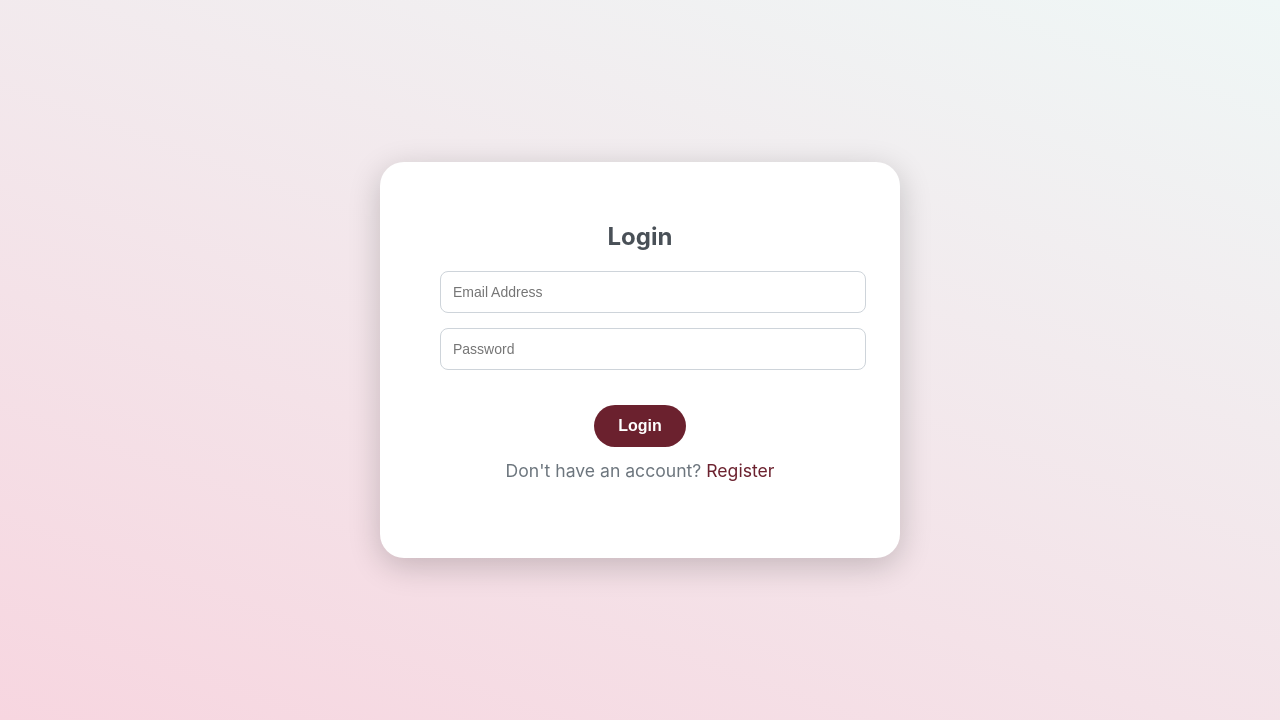
Repository: aab232/https---github.com-aab232-Deferred-Payment-Platform
Page: /main (app in frontend/)
These files come from the project's save history. The page is drawn as it stood at one moment and after the next save; the edit follows.
The browser window is 1280 px wide. The pictures show the whole page.
The page's requests for data from a server got no answer. The project was rebuilt for these pictures with package versions that can differ from the ones it lists, and the page was loaded fresh each time. No one was signed in, and anything a server would have sent is missing. Also part of the build but not shown: frontend/src/components/Home.js, frontend/src/components/Register.js, frontend/src/components/BackButton.css, frontend/src/components/BackButton.js, frontend/src/components/Settings.js.

Above is the page before, as saved 2025-03-29 02:56:44.

### frontend/src/App.js
import React from 'react';
import { BrowserRouter as Router, Routes, Route } from 'react-router-dom';
import Home from './components/Home';
import Register from './components/Register';
import Login from './components/Login';
import Main from './components/Main';
import Settings from './components/Settings';

const App = () => {
  return (
    <Router>
      <Routes>
        <Route path="/" element={<Home />} />
        <Route path="/login" element={<Login />} />
        <Route path="/register" element={<Register />} />
        <Route path="/main" element={<Main />} />
        <Route path="/settings" element={<Settings />} />
      </Routes>
    </Router>
  );
};

export default App;

### frontend/src/components/Login.js
import React, { useState, useEffect } from 'react';
import axios from 'axios';
import { useNavigate, useLocation } from 'react-router-dom';
import './Form.css';

const Login = () => {
  const [email, setEmail] = useState('');
  const [password, setPassword] = useState('');
  const navigate = useNavigate();
  const location = useLocation();

  // Pre-fill email and password if they are passed from Register
  useEffect(() => {
    if (location?.state?.email) {
      setEmail(location.state.email);
      setPassword(location.state.password);
    }
  }, [location]);

  const handleSubmit = async (e) => {
    e.preventDefault();
    try {
      const response = await axios.post('http://localhost:5000/login', { email, password });

      if (response.data.success) {
        const { role } = response.data.user; // Get the user's role
        localStorage.setItem('userRole', role); // Store role in localStorage

        // Redirect based on role
        if (role === 'admin') {
          navigate('/admin-dashboard');
        } else if (role === 'contractor') {
          navigate('/contractor-dashboard');
        } else if (role === 'data_engineer') {
          navigate('/data-engineer-dashboard');
        } else {
          navigate('/main'); // Default for customers
        }
      } else {
        alert('Invalid credentials. Please try again.');
      }
    } catch (error) {
      alert('Login failed. Please check your credentials.');
    }
  };

  return (
    <div className="container">
      <div className="form-card">
        <h2>Login</h2>
        <form onSubmit={handleSubmit}>
          <input
            type="email"
            placeholder="Email Address"
            value={email}
            onChange={(e) => setEmail(e.target.value)}
            required
            autocomplete="username"
          />
          <input
            type="password"
            placeholder="Password"
            value={password}
            onChange={(e) => setPassword(e.target.value)}
            required
            autocomplete="current-password"
          />
          <button type="submit" className="btn">Login</button>
        </form>
        <p>Don't have an account? <span onClick={() => navigate('/register')} className="link">Register</span></p>
      </div>
    </div>
  );
};

export default Login;

### frontend/src/components/Main.js
import React, { useState, useEffect } from 'react';
import { useNavigate } from 'react-router-dom';
import './Main.css';
import axios from 'axios';

const Main = () => {
  const [products, setProducts] = useState([]);
  const [userRole, setUserRole] = useState(null); // State for user role
  const navigate = useNavigate();

  const handleLogout = () => {
    localStorage.removeItem('authToken'); // Remove token on logout
    navigate('/login'); // Redirect to login page
  };

  // Check the user's role and permissions on component mount
  useEffect(() => {
    const fetchUserRole = async () => {
      const token = localStorage.getItem('authToken'); // Get token from local storage

      if (token) {
        try {
          const response = await axios.post('http://localhost:5000/verify-token', { token });

          if (response.data.success) {
            setUserRole(response.data.role); // Set the user role based on server response
          } else {
            console.error('Failed to verify token or user role.');
          }
        } catch (error) {
          console.error('Error verifying token:', error);
        }
      } else {
        console.error('No token found.');
        navigate('/login'); // Redirect to login if no token is found
      }
    };

    fetchUserRole();
  }, [navigate]);

  useEffect(() => {
    const fetchProducts = async () => {
      try {
        const response = await axios.get('http://localhost:5000/api/products');
        console.log('Fetched products:', response.data); // Log the response to inspect it
        if (Array.isArray(response.data.products)) {
          setProducts(response.data.products); // Extract products array from the response
        } else {
          console.error('Invalid product data:', response.data);
        }
      } catch (error) {
        console.error('Error fetching products:', error);
      }
    };

    fetchProducts();
  }, []);

  return (
    <div className="main-container">
      <nav className="taskbar">
        <span className="tab" onClick={() => navigate('/dashboard')}>My Dashboard</span>
        <span className="tab" onClick={() => navigate('/settings')}>Settings</span>
        <span className="tab" onClick={() => navigate('/education')}>Education Centre</span>
        <span className="tab" onClick={() => navigate('/privacy')}>Data Privacy</span>
        <span className="tab logout" onClick={handleLogout}>Logout</span>
      </nav>

      <h1>Welcome to Your Dashboard</h1>
      <p>Explore your data and manage your account seamlessly.</p>

      {userRole && (
        <div>
          <h3>User Role: {userRole}</h3> {/* Display user role for debugging */}
          <p>Welcome, {userRole}!</p>
        </div>
      )}

      <div className="products-container">
        {Array.isArray(products) && products.length > 0 ? (
          products.slice(0, 9).map((product, index) => (
            <div key={index} className="product-card">
              <img src={product.img} alt={product.name} />
              <h3>{product.name}</h3>
              <p>{product.price}</p>
              <button>Add to Cart</button>
            </div>
          ))
        ) : (
          <p>No products available at this moment.</p>
        )}
      </div>

      {/* Add additional features for different roles */}
      {userRole === 'admin' && (
        <div>
          <h3>Admin Features</h3>
          <p>You can manage the entire system, view analytics, and manage users.</p>
        </div>
      )}
      {userRole === 'contractor' && (
        <div>
          <h3>Contractor Features</h3>
          <p>You have permissions to view and update contracts.</p>
        </div>
      )}
      {userRole === 'data_engineer' && (
        <div>
          <h3>Data Engineer Features</h3>
          <p>You can manage and analyze product data and perform system maintenance.</p>
        </div>
      )}
    </div>
  );
};

export default Main;

### frontend/src/components/Home.css
.container {
    display: flex;
    justify-content: center;
    align-items: center;
    height: 100vh; /* Full viewport height */
    background: linear-gradient(135deg, #252f3b, #252d3b); /* Elegant gradient */
  }

  .card {
    text-align: center;
    background: #fff;
    padding: 40px 60px;
    border-radius: 24px;
    box-shadow: 0 8px 32px rgba(0, 0, 0, 0.2);
    max-width: 350px;
    width: 100%;
  }

  h1 {
    margin-bottom: 16px;
    font-size: 28px;
    color: #252f3b;
  }

  p {
    margin-bottom: 32px;
    font-size: 16px;
    color: #555;
  }

  .button-group {
    display: flex;
    justify-content: space-between;
  }

  .btn {
    padding: 12px 24px;
    font-size: 16px;
    border: none;
    border-radius: 30px; /* Rounded buttons */
    cursor: pointer;
    transition: background 0.3s ease;
    color: white;
    background: #252f3b;
  }

  .btn:hover {
    background: #252f3b; /* Button hover effect */
  }

### frontend/src/components/Form.css
.container {
  display: flex;
  justify-content: center;
  align-items: center;
  height: 100vh;
  background: linear-gradient(200deg, #eff7f6, #F7D6E0);
}

.form-card {
  background: white;
  padding: 40px 60px;
  border-radius: 24px;
  box-shadow: 0 8px 32px rgba(0, 0, 0, 0.2);
  max-width: 400px;
  width: 100%;
  text-align: center;
}

h2 {
  color: #252f3b;
}

input {
  display: block;
  width: 100%;
  margin: 10px 0;
  padding: 12px;
  border: 1px solid #ddd;
  border-radius: 30px;
}

.btn {
  padding: 12px 24px;
  margin-top: 20px;
  border-radius: 30px;
  border: none;
  color: white;
  background: #6b212e;
  cursor: pointer;
}

.btn:hover {
  background: #a41b34;
}

.link {
  color: #6b212e;
  cursor: pointer;
}

/* Styling for the permission request button */
.permission-button {
  background-color: #6b212e;
  color: white;
  font-weight: bold;
  cursor: pointer;
  padding: 12px;
  border-radius: 12px;
  margin-top: 10px;
  border: none;
  width: 100%;
}

.permission-button:hover {
  background-color: #a41b34;
}

/* Dropdown menu styling */
.dropdown {
  position: absolute;
  background-color: #f9f9f9;
  box-shadow: 0px 8px 16px rgba(0, 0, 0, 0.2);
  z-index: 1;
  width: 100%;
  max-width: 250px;
  margin-top: 10px;
  border-radius: 8px;
  left: 50%;
  transform: translateX(-50%);
}

.dropdown ul {
  list-style: none;
  padding: 0;
  margin: 0;
}

.dropdown li {
  padding: 8px;
  cursor: pointer;
}

.dropdown li:hover {
  background-color: #f1f1f1;
}

/* Display the selected permission */
.permission-selection {
  margin-top: 10px;
  font-weight: bold;
  color: #333;
}

/* Popup styling */
.popup {
  position: fixed;
  top: 20%;
  left: 50%;
  transform: translateX(-50%);
  background-color: #f0f8ff;
  border: 2px solid #ddd;
  padding: 20px;
  border-radius: 8px;
  font-size: 18px;
  box-shadow: 0 4px 10px rgba(0, 0, 0, 0.1);
  z-index: 999;
}

.popup p {
  text-align: center;
  margin: 0;
  color: #333;
}

### frontend/src/components/Main.css
.main-container {
  display: flex;
  flex-direction: column;
  align-items: center;
  justify-content: center;
  height: 100vh;
  background: #f8f9fa;
  padding: 20px;
  box-sizing: border-box;
}

.taskbar {
  position: absolute;
  top: 20px;
  right: 40px;
  display: flex;
  gap: 20px;
  background: #ffffff;
  border-radius: 10px;
  padding: 10px;
  box-shadow: 0px 4px 6px rgba(0, 0, 0, 0.1);
}

.tab {
  cursor: pointer;
  padding: 8px 16px;
  border-radius: 8px;
  transition: background 0.3s ease, color 0.3s ease;
  font-weight: bold;
  color: #343a40;
}

.tab:hover {
  background: #F7D6E0;
  color: white;
}

.logout {
  color: red;
  font-weight: bold;
}

h1 {
  font-size: 2rem;
  color: #343a40;
  margin-bottom: 20px;
}

p {
  color: #6c757d;
  font-size: 1.1rem;
  line-height: 1.6;
  text-align: center;
  margin-top: 10px;
}

### frontend/src/components/Settings.css
.settings-container {
  display: flex;
  flex-direction: column;
  align-items: center;
  padding: 40px 20px;
  background: #f8f9fa;
  min-height: 100vh;
}

h1 {
  color: #343a40;
  margin-bottom: 20px;
}

.menu {
  display: flex;
  gap: 20px;
  margin-bottom: 40px;
}

.menu button {
  padding: 10px 20px;
  border: none;
  border-radius: 8px;
  cursor: pointer;
  transition: background 0.3s ease;
  font-weight: bold;
  background: #007bff;
  color: white;
}

.menu .danger {
  background: #dc3545;
}

.menu button:hover {
  opacity: 0.8;
}

/* Dropdown styling */
.dropdown {
  display: flex;
  flex-direction: column;
  gap: 10px;
  margin-top: 20px;
}

.dropdown button {
  padding: 8px 16px;
  border: none;
  border-radius: 8px;
  background: #6c757d;
  color: white;
  cursor: pointer;
  transition: background 0.3s ease;
}

.dropdown button:hover {
  background: #495057;
}

/* Section Styling */
.section {
  width: 100%;
  max-width: 600px;
  background: white;
  padding: 30px;
  border-radius: 16px;
  box-shadow: 0 8px 24px rgba(0, 0, 0, 0.1);
  margin-top: 20px;
}

h2 {
  color: #495057;
  margin-bottom: 20px;
}

input {
  width: 100%;
  padding: 12px;
  margin-bottom: 15px;
  border: 1px solid #ced4da;
  border-radius: 8px;
  font-size: 14px;
}

button {
  padding: 12px 20px;
  border: none;
  border-radius: 8px;
  cursor: pointer;
  background: #28a745;
  color: white;
  font-weight: bold;
}

button:hover {
  opacity: 0.9;
}

.info {
  margin-top: 20px;
  color: #6c757d;
}

Loaded but not shown: frontend/public/index.html (common file); frontend/src/index.js (common file); frontend/src/index.css (common file)

After the next save:
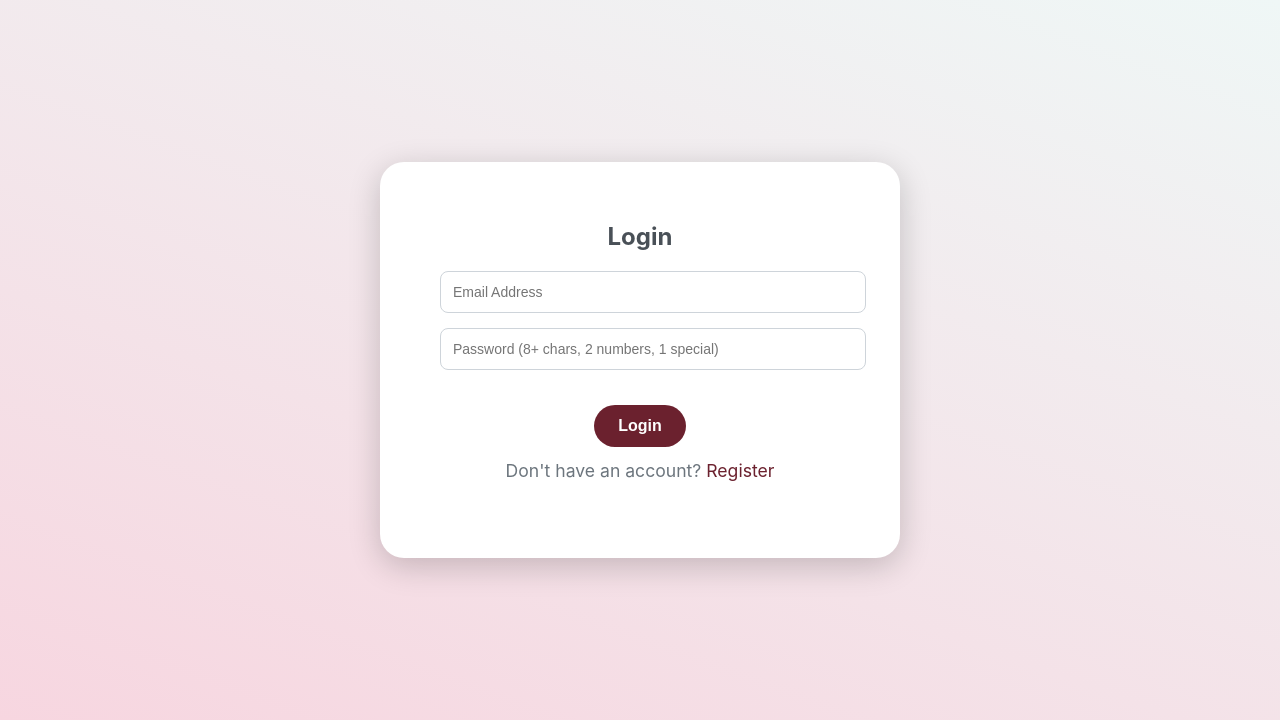
Saved 79 s later.
--- a/frontend/src/components/Login.js
+++ b/frontend/src/components/Login.js
@@ -55,15 +55,15 @@ const Login = () => {
             value={email}
             onChange={(e) => setEmail(e.target.value)}
             required
-            autocomplete="username"
+            autoComplete="username" // Fixed attribute
           />
           <input
             type="password"
-            placeholder="Password"
+            placeholder="Password (8+ chars, 2 numbers, 1 special)"
             value={password}
             onChange={(e) => setPassword(e.target.value)}
             required
-            autocomplete="current-password"
+            autoComplete="current-password" // Fixed attribute
           />
           <button type="submit" className="btn">Login</button>
         </form>
